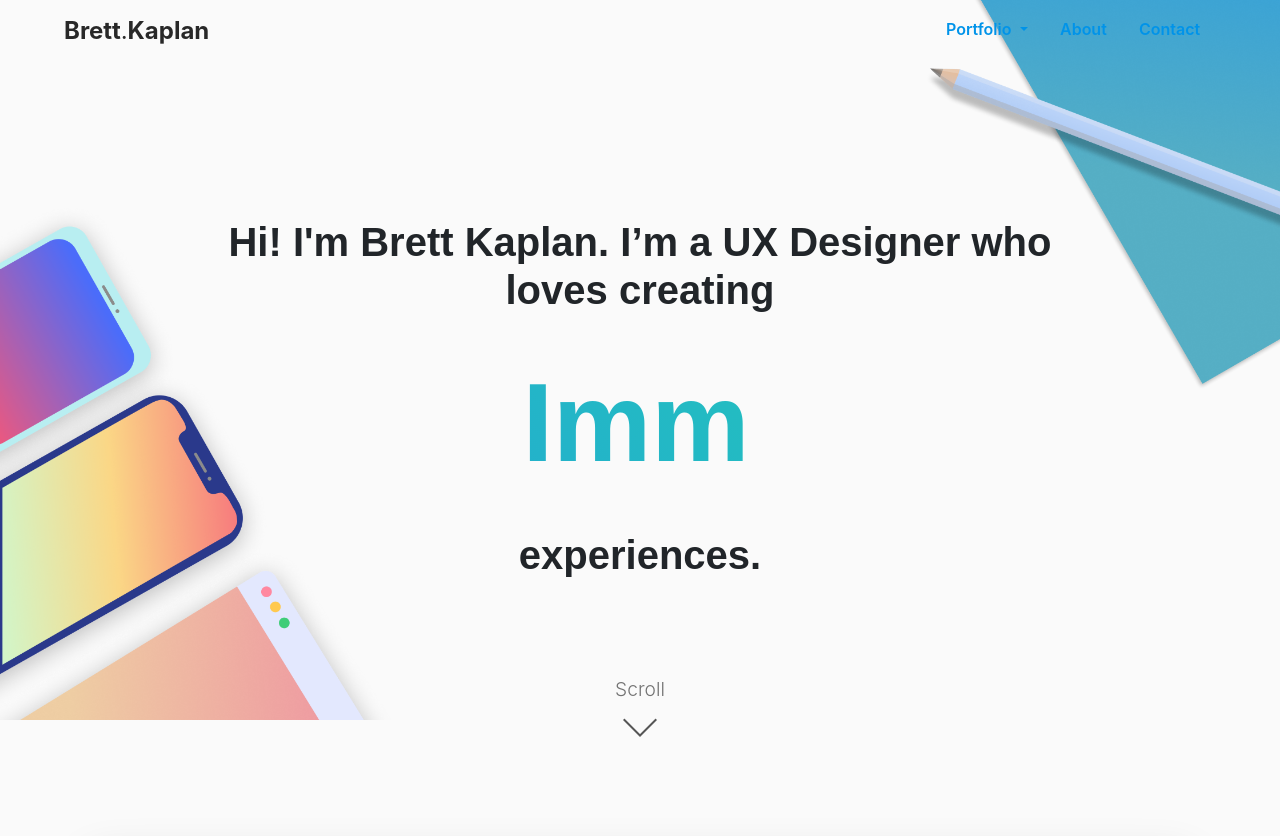
Repository: bkap1690/bkap1690.github.io
Page: index.html
These files come from the project's save history. The page is drawn as it stood at one moment and after the next save; the edit follows.
The browser window is 1280 px wide. The pictures show the part of the page from y = 0 to 836 px (the page is 2248 px tall).
A picture or video elsewhere on the page could not be fetched, so the positions and the page height are approximate. Backgrounds fixed to the window are drawn as part of the page. Some web libraries are served in a nearby version.

Above is the page before, as saved 2020-10-16 16:45:09.
Console error: TypeError: Cannot set properties of null (setting 'className')

### index.html
<!DOCTYPE html>
<html lang="en">

<head>
  <meta charset="UTF-8">
  <meta name="viewport" content="width=device-width, initial-scale=1.0">
  <meta http-equiv="X-UA-Compatible" content="ie=edge">
  <meta name="Description" content="Enter your description here" />
  <link rel="stylesheet" href="https://cdnjs.cloudflare.com/ajax/libs/twitter-bootstrap/4.5.0/css/bootstrap.min.css">
  <link rel="stylesheet" href="https://cdnjs.cloudflare.com/ajax/libs/font-awesome/5.13.0/css/all.min.css">
  <link rel="stylesheet" href="css/style.min.css">
  <link rel="stylesheet" href="css/hover-min.css">
  <link href="https://unpkg.com/aos@2.3.1/dist/aos.css" rel="stylesheet">
  <title>Brett Kaplan</title>
</head>
<script>
  document.body.className = 'js';
</script>

<body>
  <header>
    <nav class="navbar navbar-expand-lg navbar-light bg-light fixed-top">
      <a class="navbar-brand nav-logo pl-lg-5" href="#">Brett<span id="logo-dot">.</span>Kaplan</a>
      <button class="navbar-toggler" type="button" data-toggle="collapse" data-target="#navbarSupportedContent"
        aria-controls="navbarSupportedContent" aria-expanded="false" aria-label="Toggle navigation">
        <span class="navbar-toggler-icon"></span>
      </button>

      <div class="collapse navbar-collapse justify-content-end" id="navbarSupportedContent">
        <ul class="navbar-nav pr-lg-5">
          <li class="nav-item dropdown">
            <a class="main-nav-link hvr-underline-from-center mx-3 px-0 dropdown-toggle" href="#"
              id="navbarDropdownMenuLink" data-toggle="dropdown" aria-haspopup="true" aria-expanded="false">Portfolio
              <span class="sr-only">(current)</span></a>
            <div class="dropdown-menu" aria-labelledby="navbarDropdownMenuLink">
              <a class="dropdown-item" href="sportsstream.html">SportsStream</a>
              <a class="dropdown-item" href="citypups.html">CityPups</a>
            </div>
          </li>
          <li class="nav-item">
            <a class="main-nav-link hvr-underline-from-center mx-3 px-0" href="about.html">About</a>
          </li>
          <li class="nav-item">
            <a class="main-nav-link hvr-underline-from-center mx-3 px-0" href="contact.html">Contact</a>
          </li>
        </ul>
      </div>
    </nav>
  </header>
  <div class="top-content container-fluid">
    <div class="row justify-content-center align-items-center">
      <!-- Content here -->
      <div class="py-3 headline col-lg-8 col-md-12">
        <h1 class="text-center">
          Hi! I'm Brett Kaplan. I’m a UX Designer who loves creating
        </h1>
        <h1 class="typing heading text-center py-5">
          <span class="txt-rotate" data-period="2000"
            data-rotate='[ "enjoyable", "immersive", "people-focused" ]'></span>
        </h1>
        <h1 class="text-center">
          experiences.
        </h1>
      </div>
      <!-- <div class="floating-images col-lg-4 col-md-12">
        <ul class="floating-images__container">

          <li class="floating-image">
            <div class="image img-container">
              <img src="dist/img/hero-images/x06-news_app_concept.png.pagespeed.ic.EnncIiBDpJ.webp" alt="">
            </div>
          </li>
          <li class="floating-image">
            <div class="image img-container">
              <img src="dist/img/hero-images/x07-newsletter_landing_page.png.pagespeed.ic.LBzXV0xePM.webp" alt="">
            </div>
          </li>
          <li class="floating-image">
            <div class="image img-container">
              <img src="dist/img/hero-images/x08-landing-page-template.png.pagespeed.ic.x9f71mSB3h.webp" alt="">
            </div>
          </li>
          <li class="floating-image">
            <div class="image img-container">
              <img src="dist/img/hero-images/x09-hero_idea__2.png.pagespeed.ic.W4DFxZuD9m.webp" alt="">
            </div>
          </li>
          <li class="floating-image">
            <div class="image img-container">
              <img src="assets/CityPupsMocks_thumbnail.png" alt="">
            </div>
          </li>
          <li class="floating-image">
            <div class="image img-container">
              <img src="dist/img/hero-images/x11-looper_wallpapers.png.pagespeed.ic.aa73FLs4iI.webp" alt="">
            </div>
          </li>
        </ul>
      </div> -->
    </div>
    <div class="scroll d-flex justify-content-center mt-3 pt-2"><a href="#section1">Scroll</a></div>
    <div id="section04" class="d-flex mt-1 justify-content-center">
      <a href="#section1"></a>
    </div>
  </div>





  <section id="section1" class="section-gap">
    <div class="container col-centered">
      <a href="./sportsstream.html">
        <div class="my-5 py-6 aos-init aos-animate" data-aos="fade-up" data-aos-duration="600">

          <div class="row card-project-big justify-content-between align-items-center">

            <div class="col-md-6 card-round-lg card-round-sm card-gradient-blue">
              <img width="100%" src="assets/sportsstream_app_case_study_hero.png" aria-label="Image" role="img">
            </div>

            <div class="col-md-6">
              <div class="card-body">
                <h5 class="card-title">SportsStream App</h5>
                <p class="card-subtitle">UX Design | UX Research | UI Design | Information
                  Architecture
                </p>
                <p class="card-text">Access all sporting games and events within a dedicated sports streaming app.</p>
              </div>
            </div>
          </div>
        </div>
      </a>

      <a href="./citypups.html">
        <div class="my-5 py-6 aos-init aos-animate" data-aos="fade-up" data-aos-duration="600">

          <div class="row card-project-big justify-content-between align-items-center">
            <div class="col-md-6 card-round-lg card-round-sm card-gradient-orange">
              <img width="100%" src="assets/CityPupsMocks_Big.svg" aria-label="Image" role="img">

            </div>
            <div class="col-md-6">
              <div class="card-body">
                <h5 class="card-title">CityPups</h5>
                <p class="card-subtitle">UX Design | UX Research | UI Design | Interaction
                  Design</p>
                <p class="card-text">Helping city-goers match with dogs suited to the city lifestyle.</p>
              </div>
            </div>
          </div>
        </div>
      </a>
      <!-- <a href="./sportsstream.html">
        <div class="my-5 py-6 aos-init aos-animate" data-aos="fade-up" data-aos-duration="600">

          <div class="row card-project-big justify-content-between align-items-center">
            <div class="col-md-6 card-round-lg card-round-sm card-gradient-red">
              <img width=" 100%" src="" aria-label="Image" role="img">

            </div>
            <div class="col-md-6">
              <div class="card-body">
                <h5 class="card-title">Card title</h5>
                <p class="card-text">It's a broader card with text below as a natural lead-in to extra content. This
                  content is a little longer.</p>
                <p class="card-text"><small class="text-muted">Last updated 3 mins ago</small></p>
              </div>
            </div>
          </div>
        </div>
      </a> -->

    </div>

    <!--------------- Grid Project List Style -- To Be Used At A Later Date ----------------->

    <!-- <ul class="thumbnail-grid">

        <a href="./sportsstream.html">
          <li data-aos="fade-up" data-aos-duration="600" class="thumbnail-grid-item aos-init aos-animate">
            <div class="card-project"
              style="background-image: url('assets/sportsstream_app_case_study_hero.png'); background-size: contain; background-repeat: no-repeat;">
              <div class="card-bottom">
                <h4 class="card-title">
                  SportsStream App
                </h4>
                <h5 class="card-subtitle">
                  UX/UI Design, Research, AI
                </h5>
                <p class="card-content">
                  Stream your favorite sports.
                </p>
              </div>
            </div>
          </li>
        </a>


        <a href="./citypups.html">
          <li data-aos="fade-up" data-aos-duration="600" data-aos-delay="200"
            class="thumbnail-grid-item aos-init aos-animate">
            <div class="card-project"
              style="background-image: url('assets/CityPupsMocks.png'); background-size: contain; background-repeat: no-repeat;">
              <div class="card-bottom">
                <h4 class="card-title">
                  CityPups Website
                </h4>
                <h5 class="card-subtitle">
                  UX/UI Design, Interaction Design
                </h5>
                <p class="card-content">
                  Helping city-goers find dogs.
                </p>
              </div>
            </div>
          </li>
        </a>
        <br>
        <br>
        <br>
        <a href="./works/mirror-mirror.html">
          <li data-aos="fade-up" data-aos-duration="600" data-aos-delay="200" data-aos-offset="-50"
            class="thumbnail-grid-item aos-init aos-animate">
            <div class="card-project"
              style="background-image: url('assets/CityPupsMocks.png'); background-size: contain; background-repeat: no-repeat;">
              <div class="card-bottom">
                <h4 class="card-title">
                  Relayto Platform
                </h4>
                <h5 class="card-subtitle">
                  UX Design, UX Research, AI
                </h5>
                <p class="card-content">
                  Easily transform your static PDFs into web-based presentations
                </p>
              </div>
            </div>
          </li>
        </a>

        <a href="./works/THD.html">
          <li data-aos="fade-up" data-aos-duration="600" data-aos-delay="200"
            class="thumbnail-grid-item aos-init aos-animate">
            <div class="card-project"
              style="background-image: url('assets/CityPupsMocks.png'); background-size: contain; background-repeat: no-repeat;">
              <div class="card-bottom">
                <h4 class="card-title">
                  My Home Depot Internship
                </h4>
                <h5 class="card-subtitle">
                  UX/UI Design, UX Research, Internship
                </h5>
                <p class="card-content">
                  What I learned and what I could have done during my Home Depot internship.
                </p>
              </div>
            </div>
          </li>
        </a>
      </ul> -->
    </div>
  </section>
  <a class="hidden" href="" id="scroll-to-top"><i class="fa fa-chevron-up" aria-hidden="true"></i></a>
  <!-- Footer -->
  <footer class="page-footer pt-md-5 mt-md-5 pt-sm-2 mt-sm-2">
    <!-- Footer Elements -->
    <div class="container d-flex justify-content-center">
      <!-- Grid row-->
      <div class="row">
        <!-- Grid column -->
        <div class="col-md-12 pt-5 pb-2">
          <div class="flex-center">
            <!-- Facebook -->
            <a class="sl-ic" href="https://www.facebook.com/brett.kaplan.79/" target="_blank">
              <i class="fab fa-facebook-f fa-lg white-text mr-md-4 mr-3"> </i>
            </a>
            <!--Linkedin -->
            <a class="sl-ic" href="https://www.linkedin.com/in/brettkkaplan/" target="_blank">
              <i class="fab fa-linkedin-in fa-lg white-text mr-md-4 mr-3">
              </i>
            </a>
            <!--Dribbble -->
            <a class="sl-ic" href="mailto:hello@brettkaplan.design" target="_blank">
              <i class="fab far fa-envelope fa-lg white-text mr-md-4 mr-3"> </i>
            </a>
          </div>
        </div>
        <!-- Grid column -->
      </div>
      <!-- Grid row-->
    </div>
    <!-- Footer Elements -->

    <!-- Copyright -->
    <div class="font-weight-bold text-center py-4" style="font-size: 1.2rem;">
      Email me at
      <a href="mailto:hello@brettkaplan.design">hello@brettkaplan.design</a>
    </div>
    <div class="footer-copyright text-center pb-3">
      © 2020 Copyright:
      <a href="https://brettkaplan.design/">brettkaplan.design</a>
    </div>
    <!-- Copyright -->
  </footer>
  <!-- Footer -->
  <section class="test2"></section>
  <script src="https://unpkg.com/aos@next/dist/aos.js"></script>
  <script>
    AOS.init();
  </script>

  <script src="https://code.jquery.com/jquery-3.5.1.min.js"
    integrity="sha256-9/aliU8dGd2tb6OSsuzixeV4y/faTqgFtohetphbbj0=" crossorigin="anonymous"></script>
  <script src="https://cdnjs.cloudflare.com/ajax/libs/popper.js/1.16.1/umd/popper.min.js"></script>
  <script src="https://cdnjs.cloudflare.com/ajax/libs/twitter-bootstrap/4.5.0/js/bootstrap.min.js"></script>
  <script type="text/javascript" src="js/js.js"></script>
</body>

</html>

### js/js.js
$(document).ready(function () {
  $("#secondary-nav").hide();

  // Add smooth scrolling to all links
  $("a").on("click", function (event) {
    // Make sure this.hash has a value before overriding default behavior
    if (this.hash !== "") {
      // Prevent default anchor click behavior
      event.preventDefault();

      // Store hash
      var hash = this.hash;

      // Using jQuery's animate() method to add smooth page scroll
      // The optional number (800) specifies the number of milliseconds it takes to scroll to the specified area
      $("html, body").animate({
          scrollTop: $(hash).offset().top,
        },
        800,
        function () {
          // Add hash (#) to URL when done scrolling (default click behavior)
          window.location.hash = hash;
        }
      );
    } // End if
  });
});

// Typing Effect on Hero Header

var TxtRotate = function (el, toRotate, period) {
  this.toRotate = toRotate;
  this.el = el;
  this.loopNum = 0;
  this.period = parseInt(period, 10) || 1000;
  this.txt = "";
  this.tick();
  this.isDeleting = false;
};

TxtRotate.prototype.tick = function () {
  var i = this.loopNum % this.toRotate.length;
  var fullTxt = this.toRotate[i];

  if (this.isDeleting) {
    this.txt = fullTxt.substring(0, this.txt.length - 1);
  } else {
    this.txt = fullTxt.substring(0, this.txt.length + 1);
  }

  this.el.innerHTML = '<span class="wrap">' + this.txt + "</span>";

  var that = this;
  var delta = 300 - Math.random() * 100;

  if (this.isDeleting) {
    delta /= 2;
  }

  if (!this.isDeleting && this.txt === fullTxt) {
    delta = this.period;
    this.isDeleting = true;
  } else if (this.isDeleting && this.txt === "") {
    this.isDeleting = false;
    this.loopNum++;
    delta = 500;
  }

  setTimeout(function () {
    that.tick();
  }, delta);
};

window.onload = function () {
  var elements = document.getElementsByClassName("txt-rotate");
  for (var i = 0; i < elements.length; i++) {
    var toRotate = elements[i].getAttribute("data-rotate");
    var period = elements[i].getAttribute("data-period");
    if (toRotate) {
      new TxtRotate(elements[i], JSON.parse(toRotate), period);
    }
  }
  // INJECT CSS
  var css = document.createElement("style");
  css.type = "text/css";
  css.innerHTML =
    ".txt-rotate > .wrap { border-right: 0.08em solid transparent }";
  document.body.appendChild(css);
};

$(function () {
  $(window).scroll(function (e) {
    if ($(this).scrollTop() > 800) {
      $("#secondary-nav").fadeIn("slow");
    } else {
      $("#secondary-nav").fadeOut("fast");
    }
  });
});



//Cross-browser smooth-scroll JS:

$('a[href^="#"]').on("click", function (e) {
  e.preventDefault();

  var target = this.hash;
  var $target = $(target);

  $("html, body")
    .stop()
    .animate({
        scrollTop: $target.offset().top,
      },
      700,
      "swing",
      function () {
        window.location.hash = target;
      }
    );
});

//Check to see if the window is top if not then display button
$(window).scroll(function () {
  if ($(this).scrollTop() > 300) {
    $("#scroll-to-top").fadeIn();
  } else {
    $("#scroll-to-top").fadeOut();
  }
});




//Click event to scroll to top
$("#scroll-to-top").click(function () {
  $("html, body").animate({
      scrollTop: 0,
    },
    600
  );
  return false;
});

$(document).ready(function () {
  var getMax = function () {
    return $(document).height() - $(window).height();
  };

  var getValue = function () {
    return $(window).scrollTop();
  };

  if ("max" in document.createElement("progress")) {
    var progressBar = $("progress");

    progressBar.attr({
      max: getMax(),
    });

    $(document).on("scroll", function () {
      progressBar.attr({
        value: getValue(),
      });
    });

    $(window).resize(function () {
      progressBar.attr({
        max: getMax(),
        value: getValue(),
      });
    });
  } else {
    var progressBar = $(".progress-bar"),
      max = getMax(),
      value,
      width;

    var getWidth = function () {
      value = getValue();
      width = (value / max) * 100;
      width = width + "%";
      return width;
    };

    var setWidth = function () {
      progressBar.css({
        width: getWidth(),
      });
    };

    $(document).on("scroll", setWidth);
    $(window).on("resize", function () {
      max = getMax();
      setWidth();
    });
  }
});

$(window).scroll(function () {
  $("nav").toggleClass("scrolled", $(this).scrollTop() > 100);
});

// Some random colors
// const colors = ["#3CC157", "#2AA7FF", "#1B1B1B", "#FCBC0F", "#F85F36"];

// const numBalls = 50;
// const balls = [];

// for (let i = 0; i < numBalls; i++) {
//   let ball = document.createElement("div");
//   ball.classList.add("ball");
//   ball.style.background = colors[Math.floor(Math.random() * colors.length)];
//   ball.style.left = `${Math.floor(Math.random() * 100)}vw`;
//   ball.style.top = `${Math.floor(Math.random() * 100)}vh`;
//   ball.style.transform = `scale(${Math.random()})`;
//   ball.style.width = `${Math.random()}em`;
//   ball.style.height = ball.style.width;

//   balls.push(ball);
//   document.body.append(ball);
// }

// Keyframes
// balls.forEach((el, i, ra) => {
//   let to = {
//     x: Math.random() * (i % 2 === 0 ? -11 : 11),
//     y: Math.random() * 12
//   };

//   let anim = el.animate(
//     [
//       { transform: "translate(0, 0)" },
//       { transform: `translate(${to.x}rem, ${to.y}rem)` }
//     ],
//     {
//       duration: (Math.random() + 1) * 2000, // random duration
//       direction: "alternate",
//       fill: "both",
//       iterations: Infinity,
//       easing: "ease-in-out"
//     }
//   );
// });

Loaded but not shown: css/style.min.css (library); css/hover-min.css (library)

After the next save:
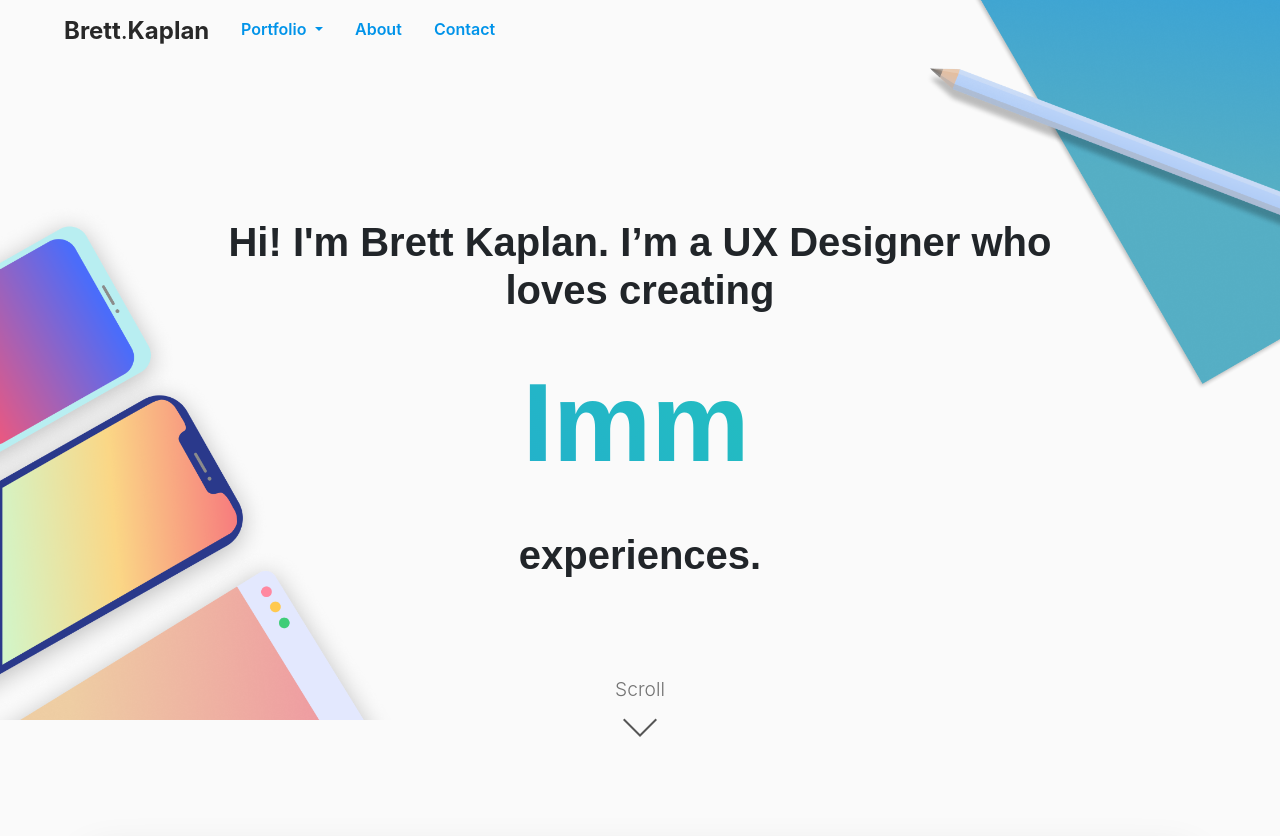
Saved 91 s later.
--- a/index.html
+++ b/index.html
@@ -26,7 +26,7 @@
         <span class="navbar-toggler-icon"></span>
       </button>
 
-      <div class="collapse navbar-collapse justify-content-end" id="navbarSupportedContent">
+      <div class="collapse navbar-collapse" id="navbarSupportedContent">
         <ul class="navbar-nav pr-lg-5">
           <li class="nav-item dropdown">
             <a class="main-nav-link hvr-underline-from-center mx-3 px-0 dropdown-toggle" href="#"
